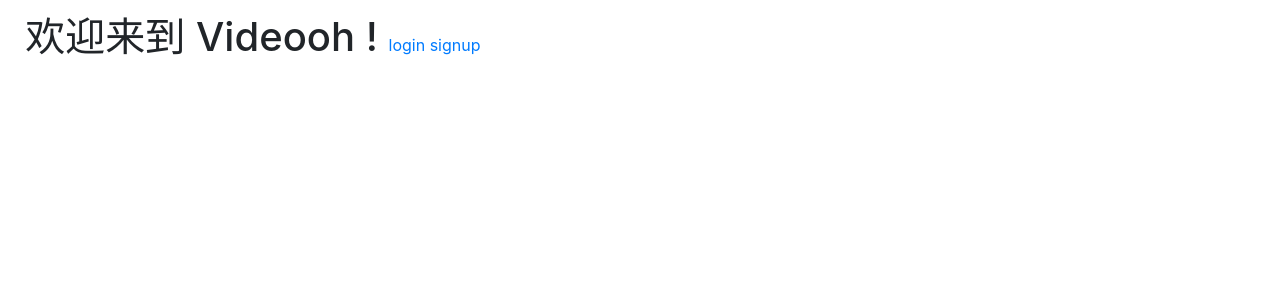
Repository: Fatpikachu/Videooh
Page: /
The author's editor kept a copy of each file at every save. The page is drawn from the files as they stood at one save, then again after the next save.
The browser window is 1280 px wide. The pictures show the whole page.
The project was rebuilt for these pictures with package versions that can differ from the ones it lists, and the page was loaded fresh each time. Also part of the build but not shown: src/components/search.jsx, src/components/videosnippet.jsx, src/components/videolist.jsx, src/components/videoplayer.jsx, src/components/homepage.jsx, src/components/login.jsx, src/components/signup.jsx, src/components/editprofile.jsx.

Above is the page before, as saved 2019-02-25 21:05:04.

### public/index.html
<!DOCTYPE html>
<html lang="en">
  <head>
    <!--
    <meta charset="utf-8" />
    <link rel="shortcut icon" href="%PUBLIC_URL%/favicon.ico" />
    <meta
      name="viewport"
      content="width=device-width, initial-scale=1, shrink-to-fit=no"
    />
    <meta name="theme-color" content="#000000" />
    <!
      manifest.json provides metadata used when your web app is added to the
      homescreen on Android. See https://developers.google.com/web/fundamentals/web-app-manifest/
    -->
    <!-- <link rel="manifest" href="%PUBLIC_URL%/manifest.json" /> -->
    <!--
      Notice the use of %PUBLIC_URL% in the tags above.
      It will be replaced with the URL of the `public` folder during the build.
      Only files inside the `public` folder can be referenced from the HTML.

      Unlike "/favicon.ico" or "favicon.ico", "%PUBLIC_URL%/favicon.ico" will
      work correctly both with client-side routing and a non-root public URL.
      Learn how to configure a non-root public URL by running `npm run build`.
    -->
    <title>Fake Store</title>
  </head>
  <body>
    <div id="root"></div>
    <!--
      This HTML file is a template.
      If you open it directly in the browser, you will see an empty page.

      You can add webfonts, meta tags, or analytics to this file.
      The build step will place the bundled scripts into the <body> tag.

      To begin the development, run `npm start` or `yarn start`.
      To create a production bundle, use `npm run build` or `yarn build`.
    -->
  </body>
</html>

### src/index.js
import 'bootstrap/dist/css/bootstrap.min.css';
import $ from 'jquery';
import Popper from 'popper.js';
import 'bootstrap/dist/js/bootstrap.bundle.min';
import '../node_modules/font-awesome/css/font-awesome.min.css';
import React from 'react';
import ReactDOM from 'react-dom';
import './styles.css';
import App from './App';


ReactDOM.render(<App />, document.getElementById('root'));

// If you want your app to work offline and load faster, you can change
// unregister() to register() below. Note this comes with some pitfalls.
// Learn more about service workers: http://bit.ly/CRA-PWA

### src/styles.css
body, html {
  margin-left:1%;
  margin-right:1%;
  margin-top:0.5%;
}

.welcome-box {
  width: 300px;
  margin: 0 auto;
}




h1 {
  display: inline;
}

.user-container {
  display: inline;
  position: absolute;
  right: 20px;
  text-align: center;
}

.profile-pic {
  height: 80px;
}

.username {
  display: flex;
  float: right;
  margin-top: 10%;
  margin-left: 10px;
  font-size: 30px;
  font-weight: bold;
}


.search-bar {
  text-align: center;
}

.video-snippet {
  height: 130px;
  width: 500px;
  margin-top: 8px;
  margin-bottom: 8px;
  position:relative;
  display: inline-block;
  left: 50px;
  border: 3px solid transparent;
  outline: 6px solid transparent;
}

div.video-snippet:hover{
  background-color: #c8d9f1;
  cursor: pointer;
  position: relative;
}

.video-snippet.yt {
  border: 3px solid rgb(196, 66, 66);
}

div.video-snippet.yt:hover{
  outline: 6px solid rgb(196, 66, 66);
}

.video-snippet.dm {
  /* border: 6px solid rgb(78, 91, 203) transparent; */
  border: 3px solid rgb(78, 91, 203);
}

div.video-snippet.dm:hover{
  outline: 6px solid rgb(78, 91, 203);
}

.video-snippet.vm {
  /* border: 6px solid rgb(171, 179, 63) transparent; */
  border: 3px solid rgb(171, 179, 63);
}

div.video-snippet.vm:hover{
  outline: 6px solid rgb(171, 179, 63);
}

.video-list {
  right: 2px;
  overflow-y: scroll;
  height: 600px;
  width: 600px;
  display: inline-block;
  position: absolute;
  margin-top: 50px;
}

.video-img {
  height: 100%;
  width: 160px;
  float: left;
  margin-right: 10px
}

.snippet-title {
  float: right;
  font-style: bold;
  font-size: 20px;
  width: 300px;
  height: 45px;
  overflow: hidden;
  margin-top: 2px;
}

.snippet-description {
  float: right;
  font-size: 16px;
  width: 300px;
  height: 45px;
  overflow: hidden;
}

.paginate {
  display: block;
  position: absolute;
  right: 200px;
  margin-top: 10px;
}

.prev-page, .next-page {
  background-color: rgb(55, 119, 216);
  color: white;
  width: 80px
}

#no-vid {
  height: 600px;
  width: 800px;
  display: flex;
  align-items: center;
  justify-content: center;
  left: 30px;
  margin-top: 50px;
  background-color: lightblue;
}

.video-player {
  margin-top: 50px;
  display: inline-block;
  left: 30px;
}

.default-search-results{
  height: 600px;
  width: 500px;
  background-color: lightgray;
  text-align: center;
  vertical-align: middle;
  line-height: 600px;
  margin-left: 50px;
}


.loader {
  color: #007bff;
  font-size: 20px;
  margin: 100px auto;
  width: 1em;
  height: 1em;
  border-radius: 50%;
  margin-top: 40%;
  position: relative;
  text-indent: -9999em;
  -webkit-animation: load4 1.3s infinite linear;
  animation: load4 1.3s infinite linear;
  -webkit-transform: translateZ(0);
  -ms-transform: translateZ(0);
  transform: translateZ(0);
}

.logout-button {
  background-color: rgb(197, 56, 56);
  color: white;
  position: absolute;
  right: 10px;
  top: 80px;
}

@-webkit-keyframes load4 {
  0%,
  100% {
    box-shadow: 0 -3em 0 0.2em, 2em -2em 0 0em, 3em 0 0 -1em, 2em 2em 0 -1em, 0 3em 0 -1em, -2em 2em 0 -1em, -3em 0 0 -1em, -2em -2em 0 0;
  }
  12.5% {
    box-shadow: 0 -3em 0 0, 2em -2em 0 0.2em, 3em 0 0 0, 2em 2em 0 -1em, 0 3em 0 -1em, -2em 2em 0 -1em, -3em 0 0 -1em, -2em -2em 0 -1em;
  }
  25% {
    box-shadow: 0 -3em 0 -0.5em, 2em -2em 0 0, 3em 0 0 0.2em, 2em 2em 0 0, 0 3em 0 -1em, -2em 2em 0 -1em, -3em 0 0 -1em, -2em -2em 0 -1em;
  }
  37.5% {
    box-shadow: 0 -3em 0 -1em, 2em -2em 0 -1em, 3em 0em 0 0, 2em 2em 0 0.2em, 0 3em 0 0em, -2em 2em 0 -1em, -3em 0em 0 -1em, -2em -2em 0 -1em;
  }
  50% {
    box-shadow: 0 -3em 0 -1em, 2em -2em 0 -1em, 3em 0 0 -1em, 2em 2em 0 0em, 0 3em 0 0.2em, -2em 2em 0 0, -3em 0em 0 -1em, -2em -2em 0 -1em;
  }
  62.5% {
    box-shadow: 0 -3em 0 -1em, 2em -2em 0 -1em, 3em 0 0 -1em, 2em 2em 0 -1em, 0 3em 0 0, -2em 2em 0 0.2em, -3em 0 0 0, -2em -2em 0 -1em;
  }
  75% {
    box-shadow: 0em -3em 0 -1em, 2em -2em 0 -1em, 3em 0em 0 -1em, 2em 2em 0 -1em, 0 3em 0 -1em, -2em 2em 0 0, -3em 0em 0 0.2em, -2em -2em 0 0;
  }
  87.5% {
    box-shadow: 0em -3em 0 0, 2em -2em 0 -1em, 3em 0 0 -1em, 2em 2em 0 -1em, 0 3em 0 -1em, -2em 2em 0 0, -3em 0em 0 0, -2em -2em 0 0.2em;
  }
}
@keyframes load4 {
  0%,
  100% {
    box-shadow: 0 -3em 0 0.2em, 2em -2em 0 0em, 3em 0 0 -1em, 2em 2em 0 -1em, 0 3em 0 -1em, -2em 2em 0 -1em, -3em 0 0 -1em, -2em -2em 0 0;
  }
  12.5% {
    box-shadow: 0 -3em 0 0, 2em -2em 0 0.2em, 3em 0 0 0, 2em 2em 0 -1em, 0 3em 0 -1em, -2em 2em 0 -1em, -3em 0 0 -1em, -2em -2em 0 -1em;
  }
  25% {
    box-shadow: 0 -3em 0 -0.5em, 2em -2em 0 0, 3em 0 0 0.2em, 2em 2em 0 0, 0 3em 0 -1em, -2em 2em 0 -1em, -3em 0 0 -1em, -2em -2em 0 -1em;
  }
  37.5% {
    box-shadow: 0 -3em 0 -1em, 2em -2em 0 -1em, 3em 0em 0 0, 2em 2em 0 0.2em, 0 3em 0 0em, -2em 2em 0 -1em, -3em 0em 0 -1em, -2em -2em 0 -1em;
  }
  50% {
    box-shadow: 0 -3em 0 -1em, 2em -2em 0 -1em, 3em 0 0 -1em, 2em 2em 0 0em, 0 3em 0 0.2em, -2em 2em 0 0, -3em 0em 0 -1em, -2em -2em 0 -1em;
  }
  62.5% {
    box-shadow: 0 -3em 0 -1em, 2em -2em 0 -1em, 3em 0 0 -1em, 2em 2em 0 -1em, 0 3em 0 0, -2em 2em 0 0.2em, -3em 0 0 0, -2em -2em 0 -1em;
  }
  75% {
    box-shadow: 0em -3em 0 -1em, 2em -2em 0 -1em, 3em 0em 0 -1em, 2em 2em 0 -1em, 0 3em 0 -1em, -2em 2em 0 0, -3em 0em 0 0.2em, -2em -2em 0 0;
  }
  87.5% {
    box-shadow: 0em -3em 0 0, 2em -2em 0 -1em, 3em 0 0 -1em, 2em 2em 0 -1em, 0 3em 0 -1em, -2em 2em 0 0, -3em 0em 0 0, -2em -2em 0 0.2em;
  }
}


.remove-photo {
  background-color: rgb(197, 56, 56);
  border: none;
  color: white;
  padding: 12px 16px;
  font-size: 16px;
  font-style: bold;
  cursor: pointer;
  margin-left: 10px;
  right: 5px;
}

.remove-photo:hover {
  background-color: rgb(120, 9, 9);
  color: white;
}

.btn:disabled{
  background-color:  rgb(180, 172, 172);
  color: white;
}

.upload-photo {
  background-color: rgb(55, 119, 216);
  border: none;
  color: white;
  padding: 12px 16px;
  font-size: 16px;
  font-style: bold;
  cursor: pointer;
  margin-left: 10px;
}

.upload-photo:hover {
  background-color: rgb(6, 51, 148);
  color: white;
}

.logo1 {
  font-weight: 900;
  font-size: 70px;
}

.logo2 {
  font-weight: 900;
  font-size: 80px;
  color: rgb(55, 119, 216);
}





.search {
  width: 80px;
  height: 80px;
  margin: 0px auto 0;
  background-color: rgb(55, 119, 216);
  position: relative;
  overflow: hidden;
  transition: all 0.5s ease;
  display: inline-block;
  margin-left: 100px;
}
.search:before {
  content: "";
  display: block;
  width: 3px;
  height: 100%;
  position: relative;
  background-color: black;
  transition: all 0.5s ease;
}
.search.open {
  width: 420px;
}
.search.open:before {
  height: 50px;
  margin: 20px 0 20px 30px;
  position: absolute;
}

.search-box {
  width: 100%;
  height: 100%;
  box-shadow: none;
  border: none;
  background: transparent;
  color: #fff;
  padding: 20px 100px 20px 45px;
  font-size: 40px;
}
.search-box:focus {
  outline: none;
}

.search-button {
  width: 80px;
  height: 80px;
  display: block;
  position: absolute;
  right: 0px;
  top: 2px;
  padding: 10px;
  cursor: pointer;
}

.search-icon {
  width: 40px;
  height: 40px;
  border-radius: 40px;
  border: 3px solid white;
  display: block;
  position: relative;
  margin-left: 5px;
  transition: all 0.5s ease;
}
.search-icon:before {
  content: "";
  width: 3px;
  height: 15px;
  position: absolute;
  right: -2px;
  top: 30px;
  display: block;
  background-color: white;
  transform: rotate(-45deg);
  transition: all 0.5s ease;
}
.search-icon:after {
  content: "";
  width: 3px;
  height: 15px;
  position: absolute;
  right: -12px;
  top: 40px;
  display: block;
  background-color: white;
  transform: rotate(-45deg);
  transition: all 0.5s ease;
}
.open .search-icon {
  margin: 0;
  width: 60px;
  height: 60px;
  border-radius: 60px;
}
.open .search-icon:before {
  transform: rotate(52deg);
  right: 22px;
  top: 23px;
  height: 18px;
}
.open .search-icon:after {
  transform: rotate(-230deg);
  right: 22px;
  top: 13px;
  height: 18px;
}

### src/App.js
import React, { Component } from 'react';
import {
  Route,
  NavLink,
  HashRouter,
  Redirect,
} from 'react-router-dom';
import ApiService from './services/ApiService.js';
import AuthService from './services/AuthService.js';
import Mainpage from './components/mainpage.jsx';
import Login from './components/login.jsx';
import Signup from './components/signup.jsx';
import Homepage from './components/homepage.jsx';
import EditProfile from './components/editprofile.jsx';


class App extends Component {
  constructor(props) {
    super(props);
    this.state = {

    };
  }



  render() {
    const SecretRoute = ({ component: Component, ...rest }) => (
      <Route {...rest} render={(props) => (
        AuthService.loggedIn() === true
          ? <Component {...props} />
          : <Redirect to='/' />
      )} />
    );

    return (
      <HashRouter>
        <div>
          <Route exact path='/' component={Mainpage} />
          <Route exact path='/login' component={Login} />
          <Route exact path='/signup' component={Signup} />
          <SecretRoute exact path='/profile' component={EditProfile} />
          <SecretRoute path='/homepage' component={Homepage} />
        </div>
      </HashRouter>
    );
  }
}

export default App;

### src/services/ApiService.js
import AuthService from './AuthService.js';

const ApiService = {

  myIG: () => {
    return AuthService.fetch('/myIG', {
      method: 'GET',
    });
  },

  searchVids: (q, pageToken, dmPage) => {
    pageToken = pageToken || '';
    return AuthService.fetch(`/searchVids/?q=${q}&pageToken=${pageToken}&dmPage=${dmPage}`, {
      method: 'GET',
    })
  },

  updateProfile: (pw, email, username, id) => {
    return AuthService.fetch(`/updateprofile/${id}`, {
      method: 'POST',
      body: {
        pw,
        email,
        username
      }
    })
  }


}

export default ApiService;

### src/services/AuthService.js
import decode from 'jwt-decode';

const AuthService = {
  domain: 'http://localhost:3000',
  login: (email, password) => {
    // Get a token from api server using the fetch api
    return AuthService.fetch('/login', {
      method: 'POST',
      body: { email, password }
    }).then(token => {
      AuthService.setToken(token)
      return token;
    })
  },
  signup: (username, password, email) => {
    // Get a token from api server using the fetch api
    return AuthService.fetch('/users', {
      method: 'POST',
      body: { username, password, email }
    })
  },
  loggedIn: () => {
    // Checks if there is a saved token and it's still valid
    const token = AuthService.getToken() // Getting token from localstorage
    return !!token && !AuthService.isTokenExpired(token)
  },
  isTokenExpired: (token) => {
    try {
      const decoded = decode(token);
      if (decoded.exp < Date.now() / 1000) { // Checking if token is expired. N
        return true;
      } else {
        return false
      }
    }
    catch (err) {
      return false;
    }
  },
  setToken: (idToken) => {
    // Saves user token to localStorage
    localStorage.setItem('id_token', idToken)
  },
  getToken: () => {
    // Retrieves the user token from localStorage
    const token = localStorage.getItem('id_token');
    return token;
  },
  logout: () => {
    // Clear user token and profile data from localStorage
    localStorage.clear();
  },
  getProfile: () => {
    // Using jwt-decode npm package to decode the token
    return decode(AuthService.getToken());
  },
  fetch: (url, options) => {
    options.body = JSON.stringify(options.body);

    // performs api calls sending the required authentication headers
    const headers = {
      'Accept': 'application/json',
      'Content-Type': 'application/json'
    };

    // Setting Authorization header
    // Authorization: Bearer xxxxxxx.xxxxxxxx.xxxxxx
    if (AuthService.loggedIn()) {
      headers['Authorization'] = 'Bearer ' + AuthService.getToken()
    }
    return fetch(AuthService.domain + url, { headers, ...options })
      .then(AuthService._checkStatus)
      .then(response => response.json())
  },
  _checkStatus: (response) => {
    // raises an error in case response status is not a success

    if (response.status >= 200 && response.status < 300) { // Success status lies between 200 to 300
      return response;
    } else {
      var error = new Error(response.statusText)
      error.response = response
      throw error;
    }
  }
}

export default AuthService;

### src/components/mainpage.jsx
import React, {Component} from 'react';
import {
  Route,
  NavLink,
  HashRouter
} from "react-router-dom";
import ApiService from '../services/ApiService.js';
import AuthService from '../services/AuthService.js';
import Homepage from './homepage.jsx';

class Mainpage extends Component {
  constructor(props){
    super(props);
    this.state = {
    }
  }

  render(){
    return (
      <div>
        {
        AuthService.loggedIn()
        ? <Homepage />
        : <div>
          <h1 className='welcome-box'> 欢迎来到 Videooh ! </h1>
          <NavLink to='/login'> login </NavLink>
          <NavLink to='/signup'> signup </NavLink>
         </div>
        }
      </div>
      )
    }
}

export default Mainpage;

After the next save:
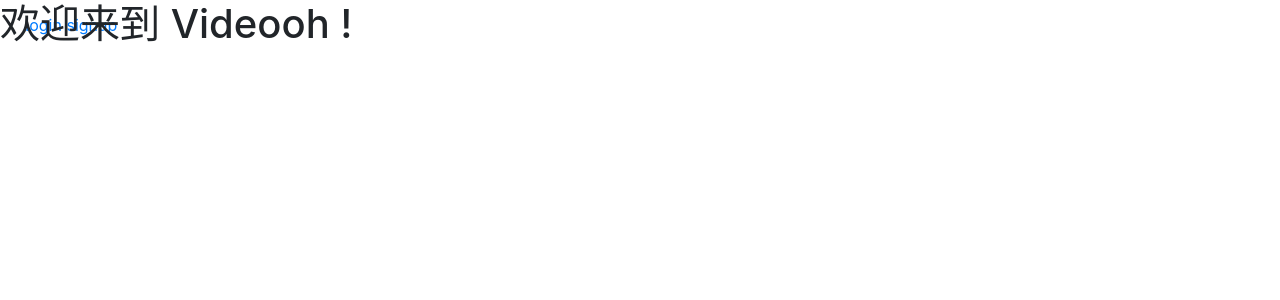
Saved 7 min 36 s later.
--- a/src/styles.css
+++ b/src/styles.css
@@ -5,8 +5,13 @@
 }
 
 .welcome-box {
-  width: 300px;
-  margin: 0 auto;
+  position: absolute;
+  top:0;
+    bottom: 0;
+    left: 0;
+    right: 0;
+
+    margin: auto;
 }
 
 
